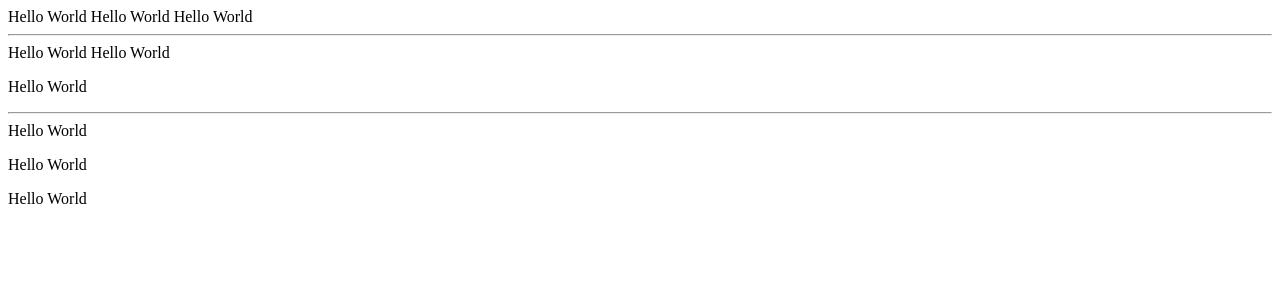
Repository: claddds/2023_webstudy
Page: 01_html/src/main/webapp/day03/ex09_block_inline.html
An editor plug-in stored every save of this project. The page is shown before and after the next save, followed by the edit.
The browser window is 1280 px wide. The pictures show the whole page.

Above is the page before, as saved 2023-06-21 03:19:45.

### 01_html/src/main/webapp/day03/ex09_block_inline.html
<!DOCTYPE html>
<html>
<head>
<meta charset="UTF-8">
<title>Block and inline Element(요소=태그)</title>
</head>
<body>
	<!--
		Block-level Element: 항상 새 줄에서 시작하여 전체 너비를 차지한다.
							div, p, h1~h6, table, form, ul, hr
		Inline Element: 필요한 만큼만 너비를 차지한다.
						span, input, button, label, img, br, a
	-->
	Hello World
	Hello World
	Hello World
	<hr>

	Hello World
	<span>Hello World</span>
	<p>Hello World</p>
	<hr>

	Hello World
	<p>Hello World</p>
	<span>Hello World</span>


</body>
</html>

After the next save:
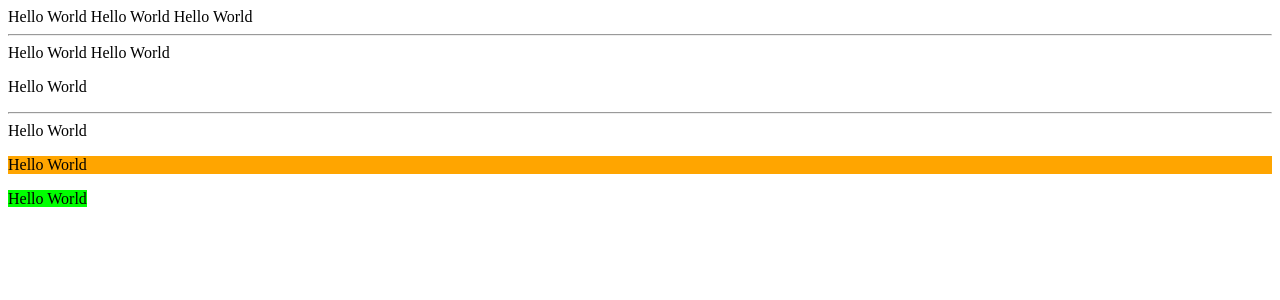
Saved 113 s later.
--- a/01_html/src/main/webapp/day03/ex09_block_inline.html
+++ b/01_html/src/main/webapp/day03/ex09_block_inline.html
@@ -22,8 +22,8 @@
 	<hr>
 
 	Hello World
-	<p>Hello World</p>
-	<span>Hello World</span>
+	<p style="background-color: orange;">Hello World</p>
+	<span style="background-color: lime">Hello World</span>
 
 
 </body>
